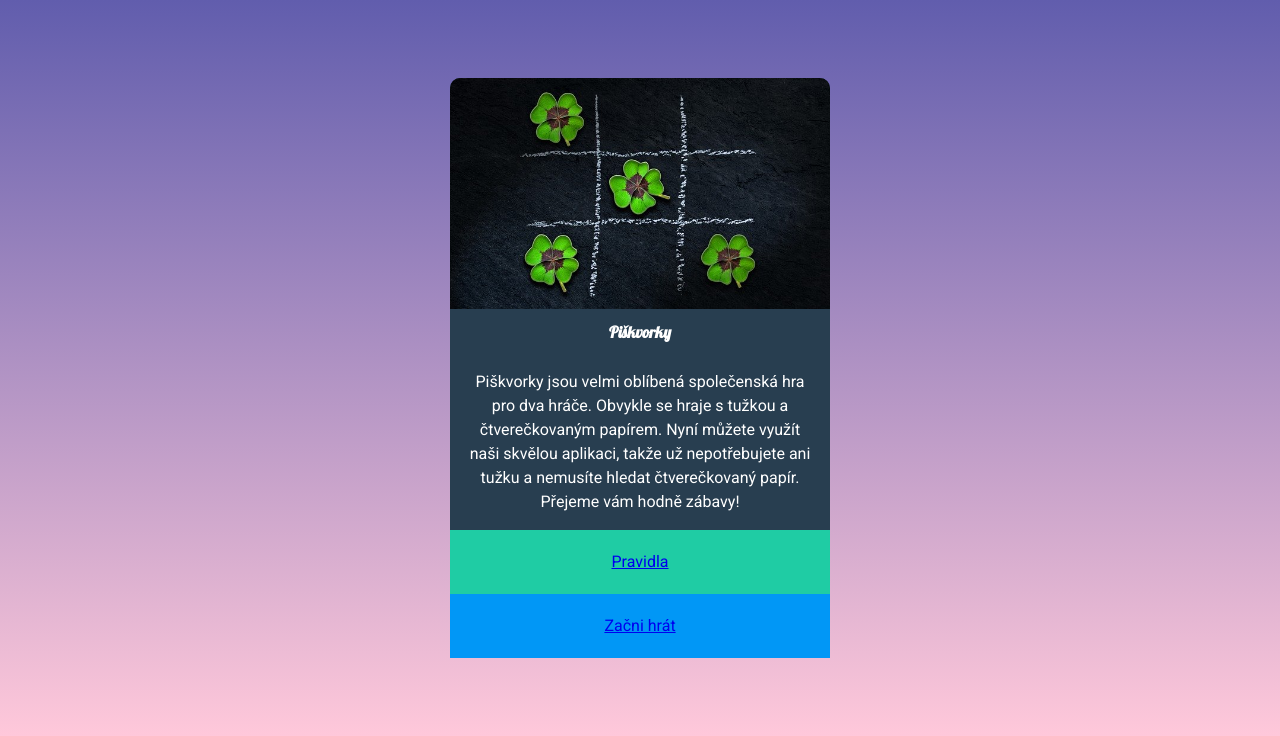
Repository: VerPro/piskvorky
Page: index.html
These files come from the project's save history. The page is drawn as it stood at one moment and after the next save; the edit follows.
The browser window is 1280 px wide. The pictures show the whole page.

Above is the page before, as saved 2021-03-24 21:12:30.

### index.html
<!DOCTYPE html>
<html lang="cs">
  <head>
    <meta charset="UTF-8" />
    <meta http-equiv="X-UA-Compatible" content="IE=edge" />
    <meta name="viewport" content="width=device-width, initial-scale=1.0" />
    <title>Piškvorky</title>
    <link rel="preconnect" href="https://fonts.gstatic.com" />
    <link
      href="https://fonts.googleapis.com/css2?family=Lobster&family=Roboto&display=swap"
      rel="stylesheet"
    />
    <link rel="stylesheet" href="styly.css" />
  </head>
  <body>
    <main>
      <img class="uvodniObrazek" src="uvodni.jpg" alt="" />
      <!-- Dodělat ten ALT! -->
      <h1 class="heading1Piskvorky">Piškvorky</h1>

      <p>
        Piškvorky jsou velmi oblíbená společenská hra pro dva hráče. Obvykle se
        hraje s tužkou a čtverečkovaným papírem. Nyní můžete využít naši skvělou
        aplikaci, takže už nepotřebujete ani tužku a nemusíte hledat
        čtverečkovaný papír. Přejeme vám hodně zábavy!
      </p>
      <nav class="buttons">
        <a class="buttonPravidla" href="index.html">Pravidla</a>
        <a class="buttonZacniHrat" href="index.html">Začni hrát</a>
      </nav>
    </main>
  </body>
</html>

### styly.css
body {
  background-image: linear-gradient(#615dad, #ffc8da);
  min-height: 100vh;
  background-repeat: no-repeat;
  background-size: cover;
  font-family: 'Roboto', sans-serif;
  color: #ffffff;
  line-height: 1.5;
  display: flex;
  justify-content: center;
  align-content: center;
  flex-wrap: wrap;
}

h1 {
  font-family: 'Lobster', cursive;
  text-align: center;
  font-size: 16px;
}

p {
  text-align: center;
  width: 90%;
}

main {
  display: flex;
  flex-direction: column;
  align-items: center;
  width: 30%;
  margin: 50px;
  background-color: #283e50;
  border-radius: 10px 10px 0 0;
}

nav {
  display: flex;
  flex-direction: column;
  text-align: center;
  width: 100%;
}

.buttonPravidla {
  background-color: #1fcca4;
  padding: 20px;
  flex-grow: 1;
}

.buttonPravidla:hover {
  background-color: #1cbb96;
}

.buttonZacniHrat {
  background-color: #0197f6;
  padding: 20px;
  flex-grow: 1;
}

.buttonZacniHrat:hover {
  background-color: #0090e9;
}

img {
  width: 100%;
  border-radius: 10px 10px 0 0;
}

After the next save:
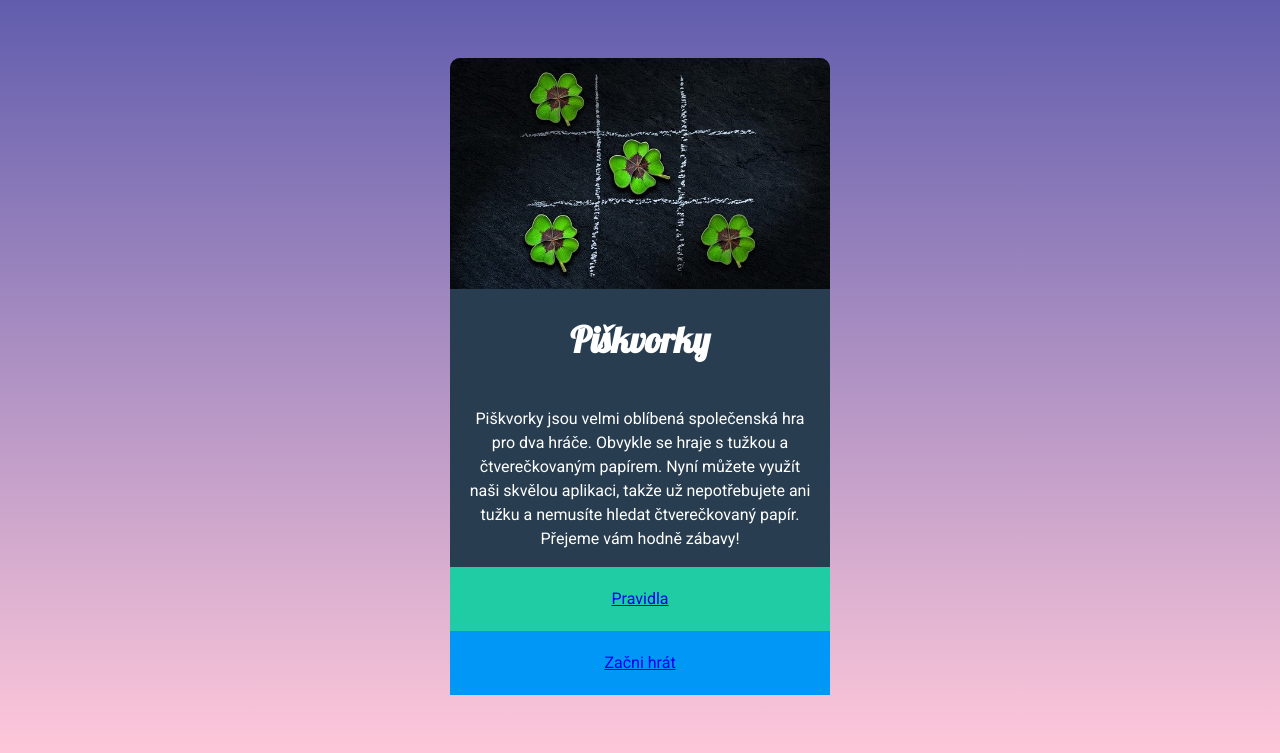
Saved 17 s later.
--- a/styly.css
+++ b/styly.css
@@ -15,7 +15,7 @@ body {
 h1 {
   font-family: 'Lobster', cursive;
   text-align: center;
-  font-size: 16px;
+  font-size: 36px;
 }
 
 p {
